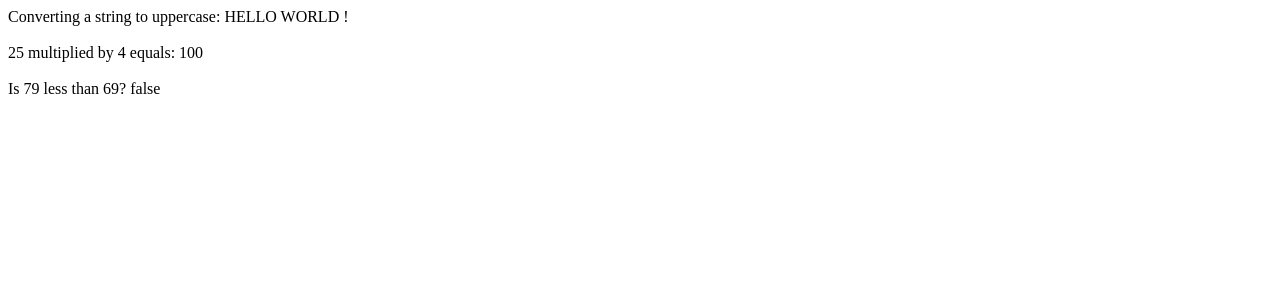
Repository: Aniket2311/Spring-Core-Spring-Boot-And-Hibernet
Page: http://localhost/jspdemo/expression-test.jsp
The author's editor kept a copy of each file at every save. The page is drawn from the files as they stood at one save, then again after the next save.
The browser window is 1280 px wide. The pictures show the whole page.
The page is served by Tomcat 9.

Above is the page before, as saved 2019-04-08 10:19:14.

After the next save:
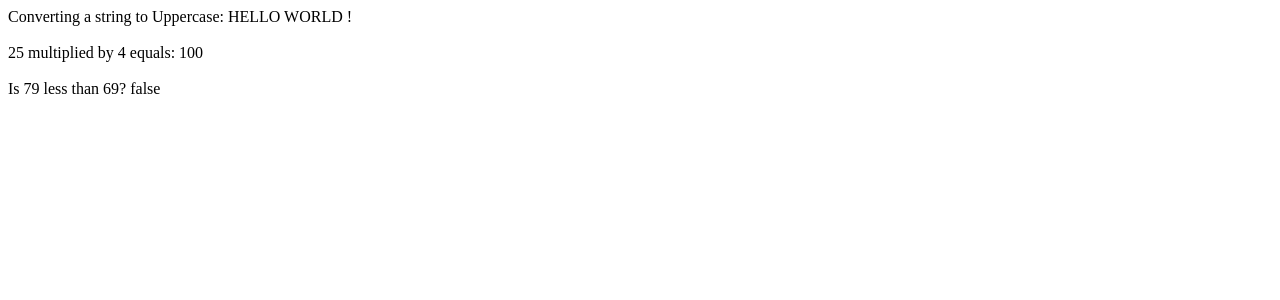
Saved 8 s later.
--- a/jspdemo/WebContent/expression-test.jsp
+++ b/jspdemo/WebContent/expression-test.jsp
@@ -3,7 +3,7 @@
 
 <body>
 
-Converting a string to uppercase: <%= new String("Hello World !").toUpperCase() %>
+Converting a string to Uppercase: <%= new String("Hello World !").toUpperCase() %>
 
 <br/><br/>
 
